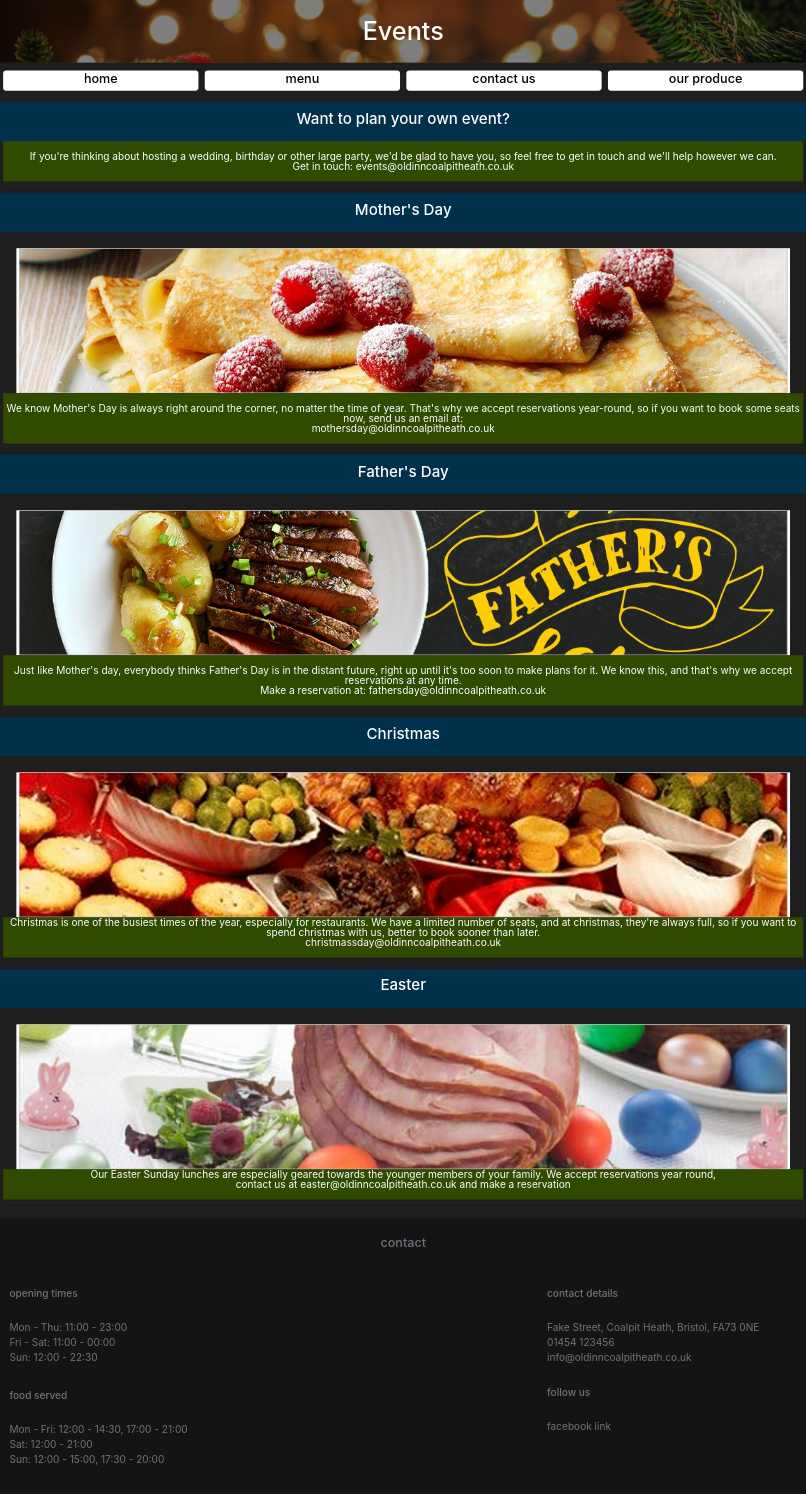
Repository: Code-Institute-Submissions/JamesLStudent-Milestone_One
Page: events.html
The author's editor kept a record of every edit. The page is drawn from the files as they stood at one moment, then again after the next edit.
The browser window is 1280 px wide. The pictures show the whole page, at 63% of full size.

Above is the page before.
Console error: TypeError: Cannot read properties of undefined (reading 'fn')

After the next edit:
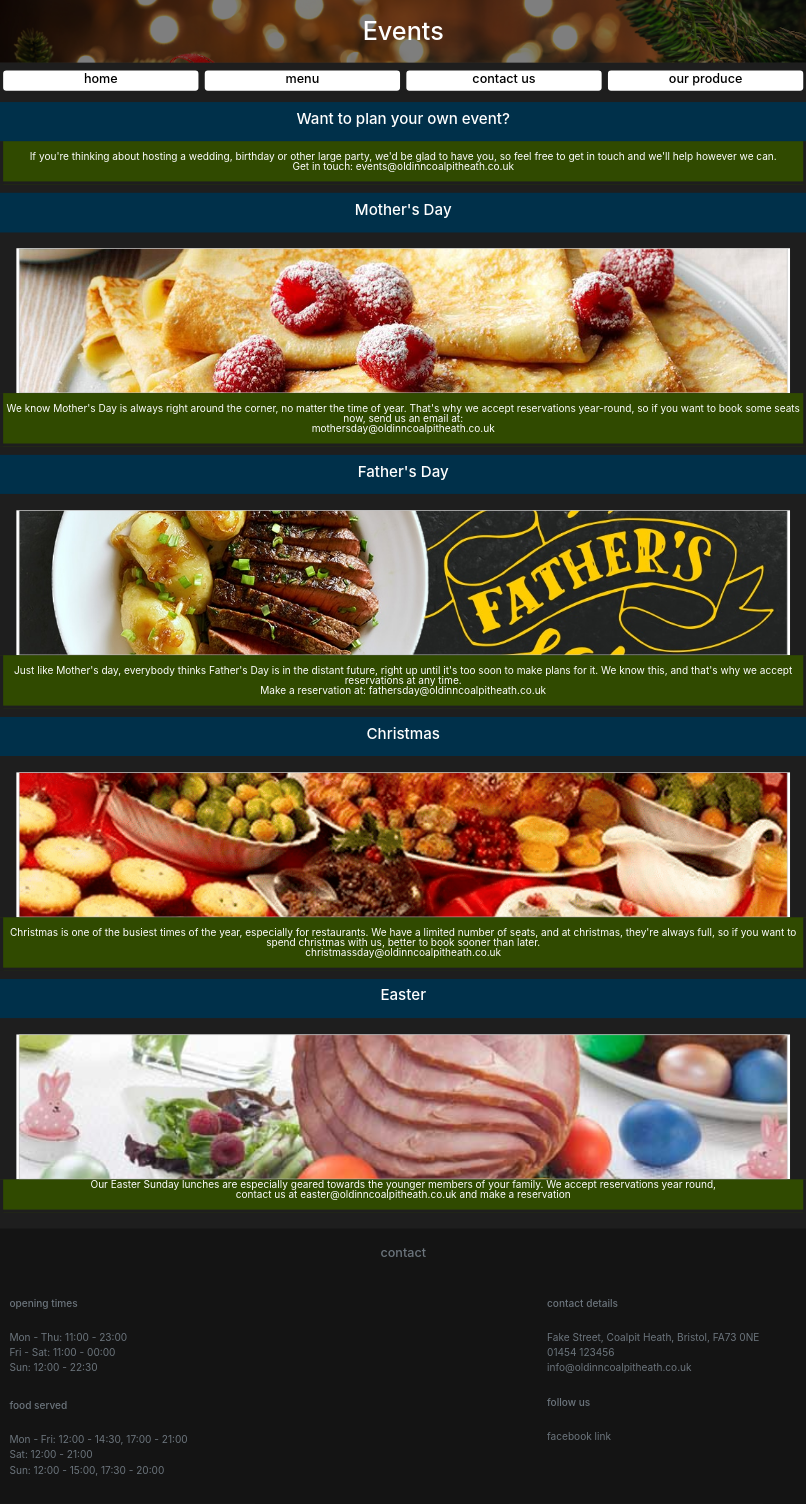
The edit:
--- a/events.html
+++ b/events.html
@@ -74,7 +74,7 @@
             <img class="events-img christmas"/>
         </div>
         <div class="img-text">
-            <p class="white-text">Christmas is one of the busiest times of the year, especially for restaurants. We have a limited number of seats, and at christmas, they're always full, so if you want to spend christmas with us, better to book sooner than later.
+            <p class="white-text"></br>Christmas is one of the busiest times of the year, especially for restaurants. We have a limited number of seats, and at christmas, they're always full, so if you want to spend christmas with us, better to book sooner than later.
             </br>christmassday@oldinncoalpitheath.co.uk
             </p>
         </div>
